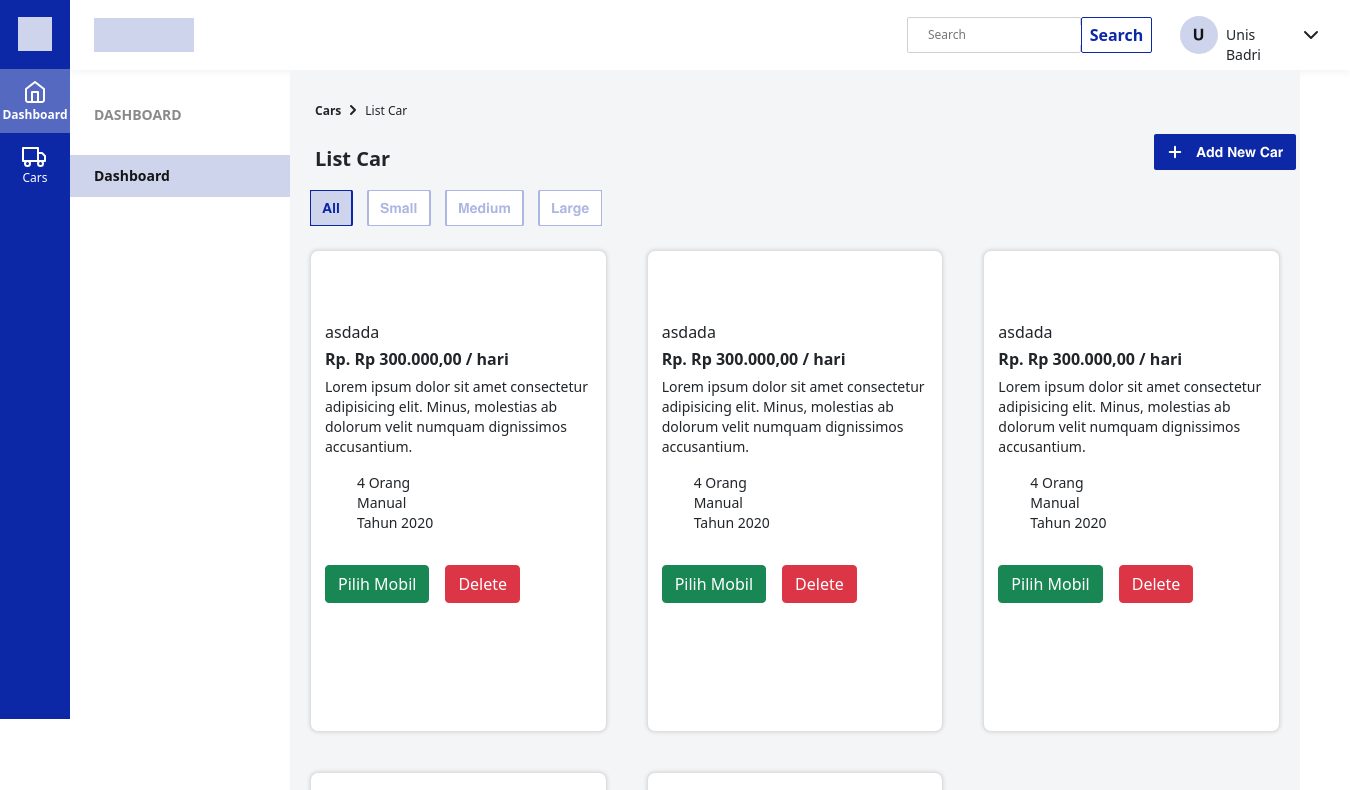
Repository: farrelmuhammad/challenge-7-binar
Page: /carlist
These files come from the project's save history. The page is drawn as it stood at one moment and after the next save; the edit follows.
The browser window is 1280 px wide. The page is 1350 px wide, so the pictures cover 1350 px, including what lies to the right of the window. The pictures show the whole page.
An inner scrolling area shows only its first screen. The project was rebuilt for these pictures with package versions that can differ from the ones it lists, and the page was loaded fresh each time. Also part of the build but not shown: src/component/navbar.js, src/component/header.js, src/component/footer.js, src/App.js, src/component/admin/Dashboard/index.jsx, src/pages/admin/Dashboard.js, src/component/searchForm.js, src/pages/cars.js.

Above is the page before, as saved 2022-05-27 19:58:47.

### src/index.css
body {
  font-family: Helvetica Neue, Helvetica, Arial, sans-serif;
  font-style: normal;
  font-weight: normal;
  font-size: 14px;
  line-height: 20px;
  margin: 0;
  padding: 0;
}

h1,
h2,
h3,
h4,
h5 {
  line-height: 150%;
}

.header{
  background-color: #F1F3FF;
}

.footer i {
  color: #0D28A6;
  font-size: x-large;
}

.bg-darkblue{
  background-color: #0D28A6;
}

.logo {
  background-color: #0D28A6;
  width: 100px;
  height: 34px;
}

code {
  font-family: source-code-pro, Menlo, Monaco, Consolas, 'Courier New',
    monospace;
}

.card-cari {
  width: 1047px;
  /* height: 106px; */
  margin-top: -50px;
  z-index: 2;
}
.button-cari {
  width: 92px !important;
  margin-top: 30px;
  height: 36px;
}
.activeCari {
  height: 100%;
  width: 0;
  position: fixed;
  z-index: 2;
  top: 0;
  left: 0;
  background-color: rgba(0, 0, 0, 0.5);
  overflow-x: hidden;
  transition: 0.5s;
  padding-top: 34px;
}

### src/component/admin/Navbar.jsx
import { Link } from 'react-router-dom';
import './Navbar.css';

const Navbar = () => {
  return (
    <header>
      {/* navbar top */}
      <div className="nav-top navbar">
        <div className="logo"></div>
        <span
          className="icon-menu iconify"
          data-icon="charm:menu-hamburger"
          data-width="24"
        ></span>
        <form className="nav-search d-flex">
          <div className="box-search">
            <span
              className="iconify"
              data-icon="akar-icons:search"
              data-width="18"
            ></span>
            <input type="search" placeholder="Search" />
          </div>
          <button className="button-search" type="submit">
            Search
          </button>
        </form>
        <div className="profile">
          <img src="img/profile.svg" alt="profile" />
          <p>Unis Badri</p>
          <img className="dropdown" src="img/dropdown.svg" alt="dropdown" />
        </div>
      </div>

      {/* navbar side */}
      <div className="nav-side">
        <div className="nav-blue">
          <div className="square"></div>
          <div className="frame-menu">
            <div className="dash-img" id="active">
              <a href="/dashboard">
                <img src="/img/dashboard.svg" alt="dashboard" />
              </a>
              <a href="/dashboard">Dashboard</a>
            </div>
            <div className="dash-img">
              <Link to="/carlist">
              <a>
                <img src="/img/cars.svg" alt="cars" />
                Cars
              </a>
              </Link>
            </div>
          </div>
        </div>
        <div className="nav-white">
          <div className="title-menu">
            <h1>DASHBOARD</h1>
          </div>
          <div className="list-menu">
            <h1>Dashboard</h1>
          </div>
        </div>
      </div>
    </header>
  );
};

export default Navbar;

### src/component/admin/Cars/index.jsx

import { Link } from "react-router-dom";
import "./Content.css";

const CarsListContent= () => {
    const dataOrder = [
        {
          id: "1",
          email: "admin@admin.com",
          car: "Innova",
          start: "05-05-2022",
          finish: "08-05-2022",
          price: "Rp 300.000,00",
          status: "Done",
        },
        {
          id: "2",
          email: "admin@admin.com",
          car: "Innova",
          start: "05-05-2022",
          finish: "08-05-2022",
          price: "Rp 300.000,00",
          status: "Done",
        },
        {
          id: "3",
          email: "admin@admin.com",
          car: "Innova",
          start: "05-05-2022",
          finish: "08-05-2022",
          price: "Rp 300.000,00",
          status: "Done",
        },
        {
          id: "4",
          email: "admin@admin.com",
          car: "Innova",
          start: "05-05-2022",
          finish: "08-05-2022",
          price: "Rp 300.000,00",
          status: "Done",
        },
        {
          id: "5",
          email: "admin@admin.com",
          car: "Innova",
          start: "05-05-2022",
          finish: "08-05-2022",
          price: "Rp 300.000,00",
          status: "Done",
        },
      ];

  return (
    <>
      <div className="content">
        <div className="breadcrumb">
          <h1>Cars</h1>
          <img src="img/arrow-right.svg" alt="arrow-right" />
          <p>List Car</p>
        </div>
        <div className="row">
            <div className="col">
                <h1 className="title-h1">List Car</h1>
            </div>
            <div className="col mt-5 p-3 text-end">
                <img src="img/btn-addcar.svg" alt="add new"/>
            </div>
        </div>
        <div className="breadcumb ms-3 p-1">
          <img src="img/breadcumb carlist.svg" alt="" />
        </div>

        {/* order table */}
        <div className="container-car">
            {dataOrder?.map((order, i) => (
                <div key={order.id} className="card">
                    <div className="image">
                        <img src="" alt="" />
                    </div>
                    <div className="info">
                        <h6>asdada</h6>
                        <h6 className="price">Rp. {order.price} / hari</h6>
                        <p>Lorem ipsum dolor sit amet consectetur adipisicing elit. Minus, molestias ab dolorum velit numquam dignissimos accusantium.</p>
                        <ul>
                            <li>4 Orang</li>
                            <li>Manual</li>
                            <li>Tahun 2020</li>
                        </ul>
                        <Link to='/' className="btn btn-success text-white">Pilih Mobil</Link>
                        <Link to='/' className="btn btn-danger text-white m-3">Delete</Link>
                    </div>
                </div>
            ))}
        </div>

        {/* table navigation */}
        <div className="table-nav">
          <div className="limit-nav">
            <p>Limit</p>
            <img src="img/form-drop.svg" alt="form-drop" />
          </div>
          <div className="jump-nav">
            <p>Jump to page</p>
            <img src="img/form-drop-2.svg" alt="form-drop-2" />
          </div>
          <div className="go-nav">
            <h1>Go</h1>
          </div>
          <div className="page-number">
            <img src="img/page-number.svg" alt="page-number" />
          </div>
        </div>

        <div className="list-car">
          <img src="img/line-blue.svg" alt="" />
          <h1>List Car</h1>
        </div>
        {/* car table */}
        <div className="list-table">
          <table className="table table-borderless">
            <thead>
              <tr>
                <th style={{ textAlign: "center" }}>No</th>
                <th>
                  Name
                  <img className="sort" src="img/sort.svg" alt="sort" />
                </th>
                <th>
                  Category
                  <img className="sort" src="img/sort.svg" alt="sort" />
                </th>
                <th>
                  Price
                  <img className="sort" src="img/sort.svg" alt="sort" />
                </th>
                <th>
                  Start Rent
                  <img className="sort" src="img/sort.svg" alt="sort" />
                </th>
                <th>
                  Finish Rent
                  <img className="sort" src="img/sort.svg" alt="sort" />
                </th>
                <th>
                  Created at
                  <img className="sort" src="img/sort.svg" alt="sort" />
                </th>
                <th>
                  Updated at
                  <img className="sort" src="img/sort.svg" alt="sort" />
                </th>
              </tr>
            </thead>
            <tbody>
              {/* {dataCarAdmin?.map((car, i) => (
                <>
                  <tr>
                    <td key={car.id} style={{ textAlign: "center" }}>
                      {i + 1}
                    </td>
                    <td>{car.name}</td>
                    <td>{car.category}</td>
                    <td>{car.price}</td>
                    <td>{car.start_rent_at}</td>
                    <td>{car.finish_rent_at}</td>
                    <td>{car.createdAt}</td>
                    <td>{car.updatedAt}</td>
                  </tr>
                </>
              ))} */}
            </tbody>
          </table>
        </div>

        {/* table navigation */}
        <div className="table-nav">
          <div className="limit-nav">
            <p>Limit</p>
            <img src="img/form-drop.svg" alt="form-drop" />
          </div>
          <div className="jump-nav">
            <p>Jump to page</p>
            <img src="img/form-drop-2.svg" alt="form-drop-2" />
          </div>
          <div className="go-nav">
            <h1>Go</h1>
          </div>
          <div className="page-number">
            <img src="img/page-number.svg" alt="page-number" />
          </div>
        </div>
      </div>
    </>
  );
};

export default CarsListContent

### src/component/admin/Navbar.css
h1 {
    font-size: 14px;
    line-height: 20px;
}

header .nav-top {
    position: absolute;
    width: 1280px;
    height: 70px;
    left: 70px;
    right: 0;
    top: 0px;
    box-shadow: 0px 2px 8px rgba(0, 0, 0, 0.05);
}

header .nav-top .logo {
    position: absolute;
    width: 100px;
    height: 34px;
    left: 24px;
    top: 18px;
    background: #CFD4ED;
}

header .nav-top .icon-menu {
    position: absolute;
    width: 24px;
    height: 24px;
    left: 244px;
    top: 23px;
}

header .nav-top .nav-search {
    display: flex;
    flex-direction: row;
    align-items: flex-start;
    padding: 0px;
    position: absolute;
    width: 245px;
    height: 36px;
    left: 837px;
    top: 17px;
}

header .nav-top .nav-search .box-search {
    display: flex;
    flex-direction: row;
    align-items: center;
    padding-left: 12px;
    width: 174px;
    height: 36px;
    border: 1px solid #D0D0D0;
    border-radius: 2px;
    font-size: 12px;
    line-height: 18px;
    color: #8A8A8A;
}

header .nav-top .nav-search .box-search > input {
    border: none;
    outline: none;
    padding-left: 8px;
}

header .nav-top .nav-search .button-search {
    display: flex;
    flex-direction: row;
    justify-content: center;
    align-items: center;
    padding: 8px 12px;
    width: 71px;
    height: 36px;
    background-color: white;
    border: 1px solid #0D28A6;
    border-radius: 2px;
    font-weight: 700;
    color:#0D28A6;
}

header .nav-top .profile {
    display: flex;
    flex-direction: row;
    align-items: center;
    position: absolute;
    width: 143px;
    height: 38px;
    left: 1110px;
    right: 24px;
    top: 16px;
}

header .nav-top .profile > p {
    position: absolute;
    width: 65px;
    height: 20px;
    left: 46px;
    top: 9px;
    font-weight: 400;
    font-size: 14px;
    line-height: 20px;
}

header .nav-top .profile .dropdown {
    position: absolute;
    width: 24px;
    height: 24px;
    left: 119px;
    top: 7px;
}

header .nav-side {
    position: absolute;
    width: 290px;
    height: 100%;
    left: 0px;
    top: -1px;
}

header .nav-side .nav-blue {
    position: absolute;
    left: 0%;
    right: 75.86%;
    top: 0%;
    bottom: 0%;
    background: #0D28A6;
}

header .nav-side .nav-blue .square {
    position: absolute;
    width: 34px;
    height: 34px;
    left: 18px;
    top: 18px;
    background: #CFD4ED;
}

header .nav-side .nav-blue .frame-menu {
    display: flex;
    flex-direction: column;
    align-items: flex-start;
    padding: 0px;
    position: absolute;
    width: 70px;
    height: 128px;
    left: 0px;
    top: 70px;
}

header .nav-side .nav-blue .frame-menu .dash-img {
    display: flex;
    flex-direction: column;
    justify-content: center;
    align-items: center;
    padding: 20px 23px;
    position: static;
    width: 70px;
    height: 64px;
    left: 0px;
    top: 0px;
}

#active {
    font-weight: 700;
    background: rgba(255, 255, 255, 0.3);
}

header .nav-side .nav-blue .frame-menu .dash-img a {
    font-size: 12px;
    line-height: 18px;
    margin-top: 2px;
    text-decoration: none;
    color: white;
}

header .nav-side .nav-blue img:last-child {
    margin-top: 0;
}

header .nav-side .nav-white {
    position: absolute;
    left: 24.14%;
    right: 0%;
    top: 7.76%;
    bottom: 0.22%;
}

header .nav-side .nav-white .title-menu {
    position: absolute;
    width: 220px;
    height: 42px;
    left: 24px;
    top: 50px;
}

header .title-menu h1 {
    font-weight: 700;
    color: #8A8A8A;
    left: 24px;
}

header .nav-side .nav-white .list-menu {
    position: static;
    margin-top: 100px;
    width: 220px;
    height: 42px;
    padding: 11px 24px;
    background: #CFD4ED;
}

header .list-menu h1 {
    font-weight: 700;
    color: #151515;
    left: 24px;
}

### src/component/admin/Dashboard/Content.css
.content {
    position: absolute;
    overflow: auto;
    left: 290px;
    top: 70px;
    /* width: 1280px; */
    height: 100%;
    background: #F4F5F7;
    font-size: 14px;
    line-height: 20px;
}

.content .breadcrumb {
    position: absolute;
    width: 300px;
    height: 18px;
    left: 25px;
    top: 32px;
}

.content .breadcrumb > h1 {
    font-size: 12px;
    line-height: 18px;
    font-weight: 700;
}

.content .breadcrumb > p {
    font-size: 12px;
    line-height: 18px;
    font-weight: 300;
}

.content .breadcrumb > img {
    width: 16px;
    height: 16px;
    margin-left: 4px;
    margin-right: 4px;
}

.content .title-h1 {
    font-size: 20px;
    line-height: 30px;
    font-weight: 700;
    margin-left: 25px;
    margin-top:74px;
}

.content .list-order {
    margin-top: 24px;
    position: absolute;
    width: 79px;
    height: 24px;
    margin-left: 25px;
}

.content .list-order > img {
    width: 4px;
    height: 24px;
}

.content .list-order > h1 {
    float: right;
    font-weight: 700;
    margin-left: 8px;
}

.content .list-table table {
    margin-left: 25px;
    margin-top: 72px;
    width: 100%;
    table-layout: fixed;
    background-color: white;
    border: 1px solid none;
    border-radius: 2px;
}

.content .list-table table thead {
    background-color: rgba(207, 212, 237, 1);
    font-weight: 700;
}

.content .list-table table thead th:first-child {
    width: 40px;
}

.content .list-table table thead th > img {
    float: right;
}

.content .table-nav {
    display: flex;
    flex-direction: row;
    width: 1010px;
    font-size: 12px;
    line-height: 18px;
    font-weight: 300;
}

.content .table-nav .limit-nav{
    margin-left: 25px;
}

.content .table-nav .limit-nav p {
    font-size: 12px;
    line-height: 18px;
}

.content .table-nav .jump-nav {
    margin-left: 24px;
}

.content .table-nav .jump-nav p {
    font-size: 12px;
    line-height: 18px;
}

.content .table-nav .go-nav {
    width: 43px;
    height: 36px;
    margin-top: 34px;
    background: #0D28A6;
    border-radius: 0px 2px 2px 0px;
}

.content .table-nav .go-nav > h1 {
    text-align: center;
    font-weight: bold;
    color: white;
    padding: 8px 8px;
}

.content .table-nav .page-number {
    margin-top: 33px;
    margin-left: 550px;
}

.content .list-car {
    margin-top: 24px;
    position: absolute;
    width: 65px;
    height: 24px;
    margin-left: 25px;
}

.content .list-car > img {
    width: 4px;
    height: 24px;
}

.content .list-car > h1 {
    float: right;
    font-weight: 700;
    margin-left: 8px;
}

.content .title-button-car {
    display: inline-flex;
}

.content .title-button-car > h1 {
    margin-right: 800px;
}

.content .title-button-car > a img {
    margin-top: 74px;
}

.content .button-category {
    margin-top: 24px;
    margin-left: 8px;
    display: inline-flex;
}

.content .button-category img {
    margin-left: 16px;
}

.content .cars-card {
    width: 320px;
    height: 482px;
    margin-left: 25px;
    margin-top: 24px;
    box-shadow: 0px 0px 4px rgba(0, 0, 0, 0.15);
    border-radius: 8px;
}

.content .cars-card .card-img-top {
    width: 270px;
    height: 160px;
    margin: auto;
    margin-top: 55px;
}

.content .cars-card .card-body {
    padding: 24px;
}

.content .cars-card .card-body .bold-h1 {
    font-weight: 700;
    font-size: 16px;
    line-height: 24px;
    margin-bottom: 0;
}

.content .cars-card .card-body-text {
    display: inline-flex;
    width: 303px;
    height: 20px;
    margin-top: 16px;
}

.content .cars-card .card-body-text img {
    margin-right: 8px;
    width: 20px;
    height: 20px;
}

.content .cars-card .button-card {
    display: inline-flex;
    margin-left: 8px;
    margin-top: 24px;
}

.content .cars-card .button-card img {
    width: 120px;
}

.content .cars-card .button-card img:last-child {
    margin-left: 16px;
}

.content .form-add-new-car {
    width: 1010px;
    height: 350px;
    background: white;
    margin-top: 32px;
    margin-left: 25px;
}

.content .form-add-new-car .content-form {
    padding-top: 16px;
    padding-left: 25px;
    font-weight: 300;
    font-size: 12px;
    line-height: 18px;
}

.content .form-add-new-car .content-form label {
    width: 147px;
}

.content .form-add-new-car .content-form input {
    width: 339px;
    height:auto;
    border: 1px solid #D0D0D0;
    border-radius: 2px;
    color: #8A8A8A;
    font-weight: 300;
    font-size: 12px;
    line-height: 18px;
}

.content .form-add-new-car .content-form .content-box {
    margin-left: 4px;
}

.content .form-add-new-car .content-h1 h1 {
    display: inline-flex;
    margin-left: 25px;
    margin-top: 16px;
    font-weight: 300;
    font-size: 12px;
    line-height: 18px;
}

.content .form-add-new-car .content-h1 h1:first-child {
    width: 147px;
}

.content .form-add-new-car .content-h1 h1:last-child {
    margin-left: 8px;
}

.content .button-form {
    display: inline-flex;
    margin-left: 9px;
}

.content .button-form img {
    margin-left: 16px;
    margin-top: 282px;
    margin-bottom: 40px;
}

Loaded but not shown: public/index.html (common file); src/app/store.js (common file); src/reportWebVitals.js (common file); src/features/counter/counterAPI.js (common file); src/features/counter/counterSlice.js (73 lines, source omitted); src/index.js (26 lines, source omitted); src/Routes.js (23 lines, source omitted); src/pages/admin/CarsList.js (14 lines, source omitted); src/component/admin/Cars/Content.css (333 lines, source omitted)

After the next save:
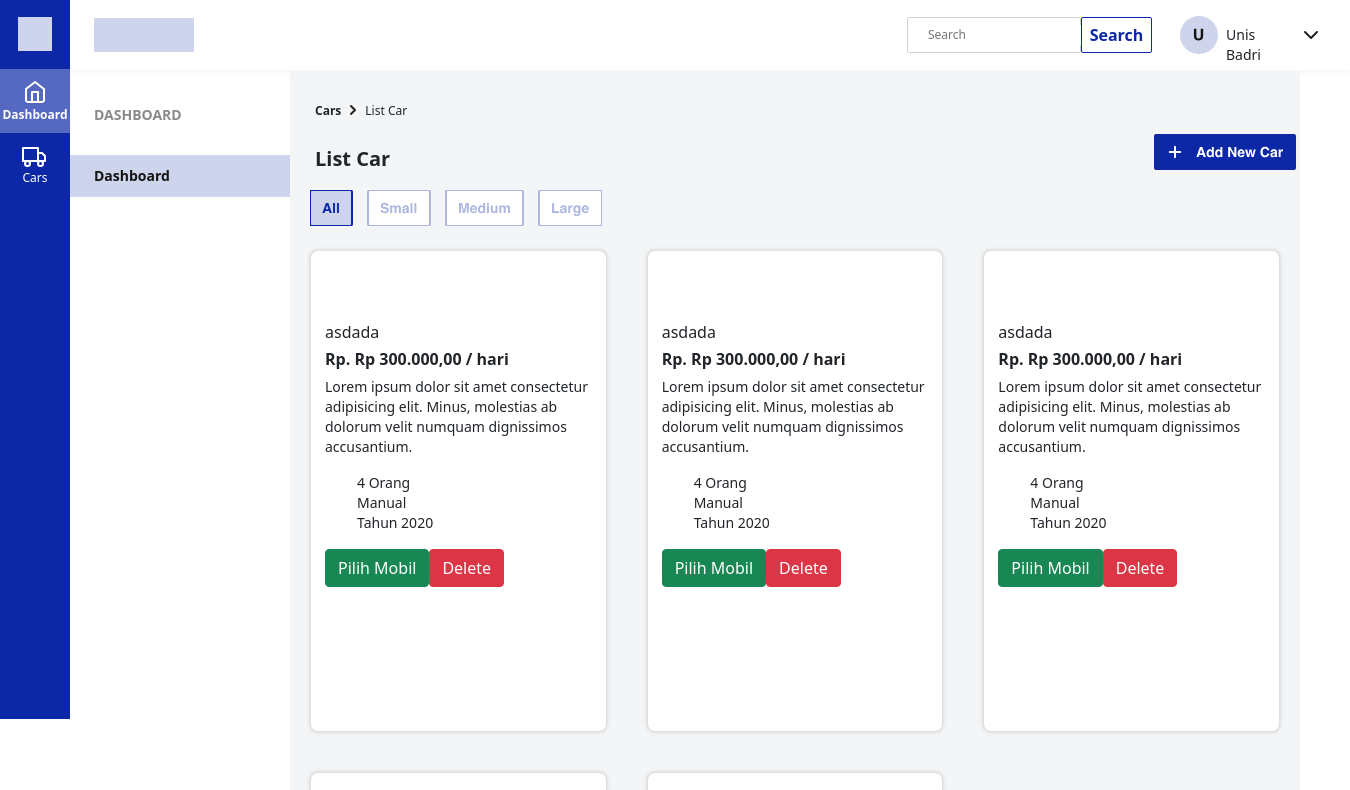
Saved 7 s later.
--- a/src/component/admin/Cars/index.jsx
+++ b/src/component/admin/Cars/index.jsx
@@ -88,7 +88,7 @@ const CarsListContent= () => {
                             <li>Tahun 2020</li>
                         </ul>
                         <Link to='/' className="btn btn-success text-white">Pilih Mobil</Link>
-                        <Link to='/' className="btn btn-danger text-white m-3">Delete</Link>
+                        <Link to='/' className="btn btn-danger text-white">Delete</Link>
                     </div>
                 </div>
             ))}
